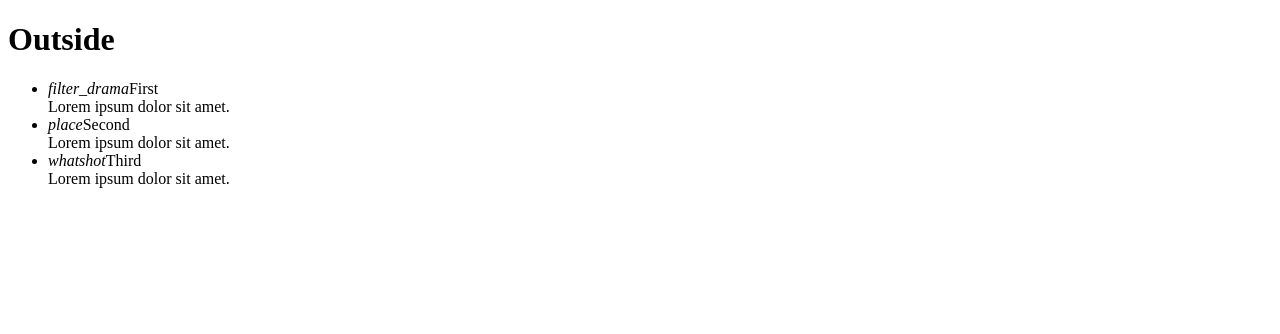
Repository: Neilfoster/task_manger
Page: http://localhost/
The author's editor kept a record of every edit. The page is drawn from the files as they stood at one moment, then again after the next edit.
The browser window is 1280 px wide. The pictures show the whole page.
The page is served by the project's application, run on Flask 3 (app.py). Queries for data that is not in the repository find no rows.

Above is the page before.

After the next edit:
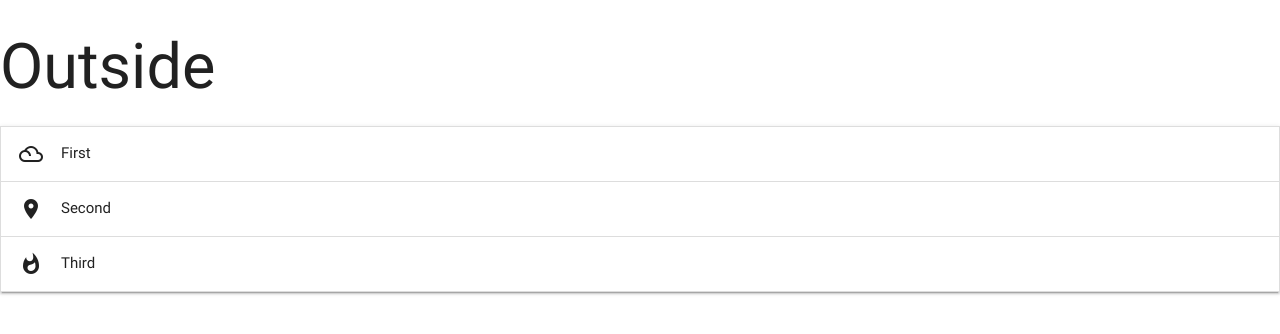
The edit:
--- a/templates/base.html
+++ b/templates/base.html
@@ -1,11 +1,14 @@
 <!DOCTYPE html>
 <html>
-    <head>
 
-    </head>
-    <body>
-        <h1>Outside</h1>
-        {% block content %}
-        {% endblock %}
-    </body>
+<head>
+    <link href="https://fonts.googleapis.com/icon?family=Material+Icons" rel="stylesheet">
+    <link rel="stylesheet" href="https://cdnjs.cloudflare.com/ajax/libs/materialize/0.100.2/css/materialize.min.css">
+</head>
+
+<body>
+    <h1>Outside</h1>
+    {% block content %} {% endblock %}
+</body>
+
 </html>
